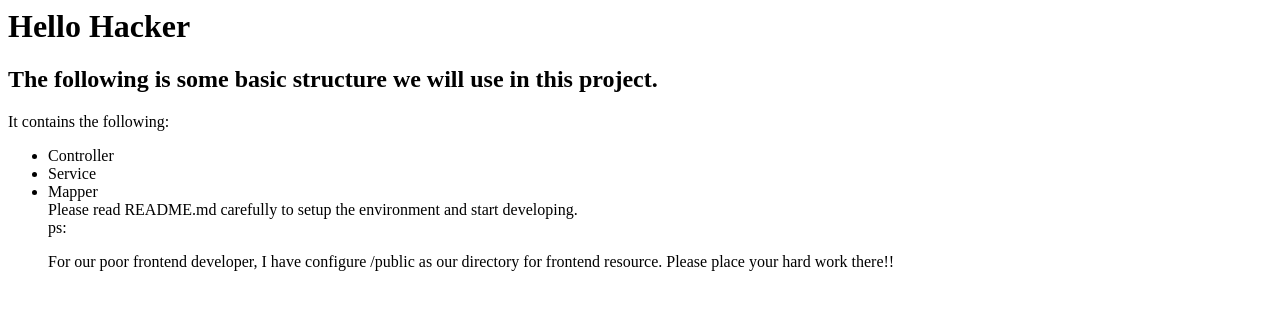
Repository: chenhongye11/DiDongBaBong
Page: didongbabong/src/main/webapp/public/index.html
The author's editor kept a copy of each file at every save. The page is drawn from the files as they stood at one save, then again after the next save.
The browser window is 1280 px wide. The pictures show the whole page.

Above is the page before, as saved 2021-01-30 01:43:05.

After the next save:
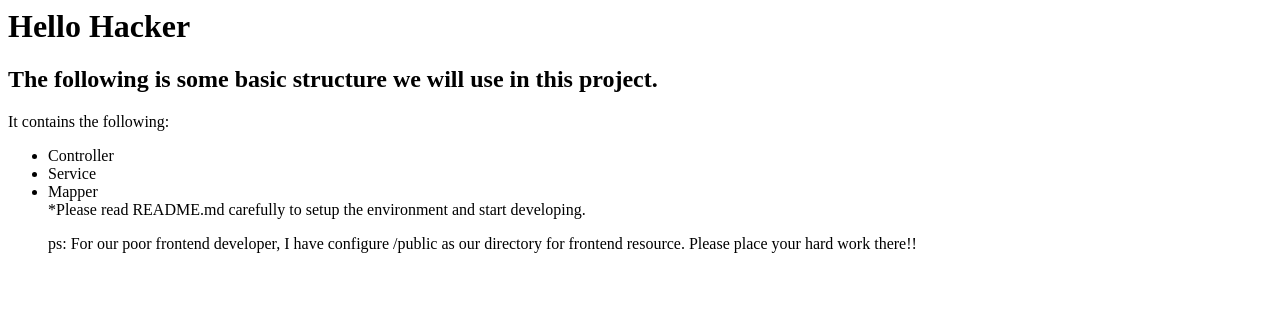
Saved 31 s later.
--- a/didongbabong/src/main/webapp/public/index.html
+++ b/didongbabong/src/main/webapp/public/index.html
@@ -7,9 +7,9 @@
 <li>Service</li>
 <li>Mapper</li>
 
-<div>Please read README.md carefully to setup the environment and start developing.</div>
+<div>*Please read README.md carefully to setup the environment and start developing.</div>
 
-<div>ps:</div>
-<p>For our poor frontend developer, I have configure /public as our directory for frontend resource. Please place your hard work there!!</p>
+
+<p>ps: For our poor frontend developer, I have configure /public as our directory for frontend resource. Please place your hard work there!!</p>
 </ul>
 </html>
